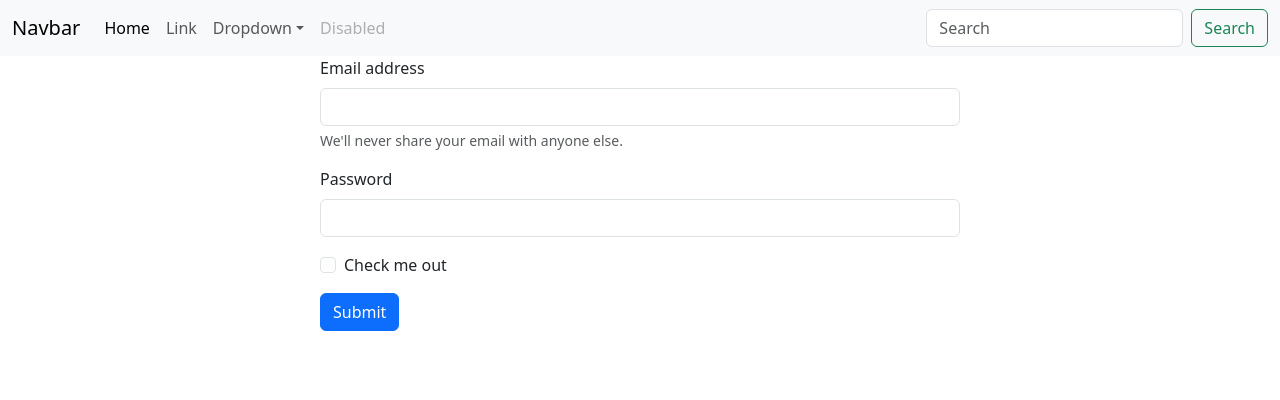
Repository: suraj-yadav7/createpost-redux
Page: /
An editor plug-in stored every save of this project. The page is shown before and after the next save, followed by the edit.
The browser window is 1280 px wide. The pictures show the whole page.
The project was rebuilt for these pictures with package versions that can differ from the ones it lists, and the page was loaded fresh each time. Also part of the build but not shown: vite.config.js, src/App.css, src/index.css.

Above is the page before, as saved 2023-05-15 23:48:34.

After the next save:
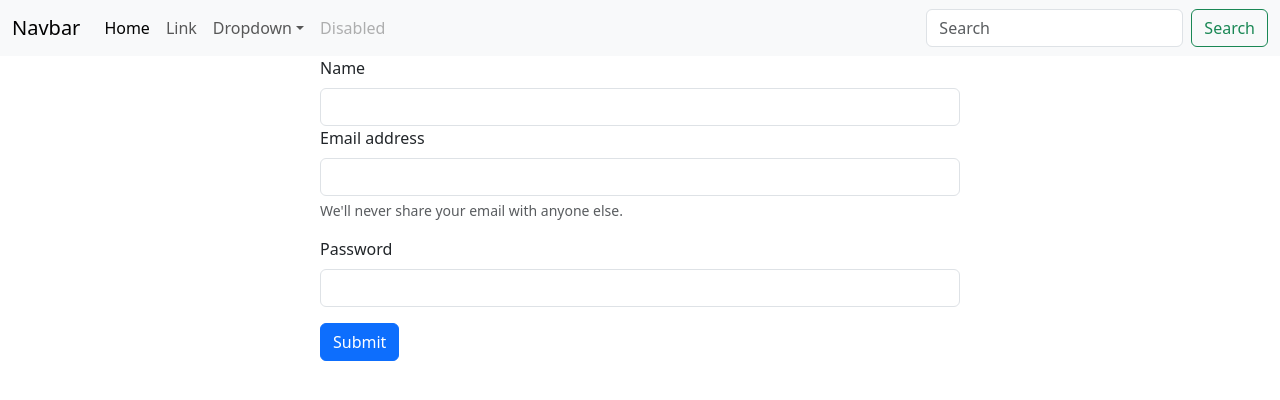
Saved 2 min 37 s later.
--- a/src/components/create.jsx
+++ b/src/components/create.jsx
@@ -5,6 +5,8 @@ const Create = () => {
     <>
       <form className='w-50 mx-auto'>
   <div class="mb-3">
+  <label for="exampleInputEmail1" class="form-label">Name</label>
+    <input type="text" class="form-control" id="exampleInputEmail1" aria-describedby="emailHelp"/>
     <label for="exampleInputEmail1" class="form-label">Email address</label>
     <input type="email" class="form-control" id="exampleInputEmail1" aria-describedby="emailHelp"/>
     <div id="emailHelp" class="form-text">We'll never share your email with anyone else.</div>
@@ -13,10 +15,8 @@ const Create = () => {
     <label for="exampleInputPassword1" class="form-label">Password</label>
     <input type="password" class="form-control" id="exampleInputPassword1"/>
   </div>
-  <div class="mb-3 form-check">
-    <input type="checkbox" class="form-check-input" id="exampleCheck1"/>
-    <label class="form-check-label" for="exampleCheck1">Check me out</label>
-  </div>
+
+
   <button type="submit" class="btn btn-primary">Submit</button>
 </form>
     </>
